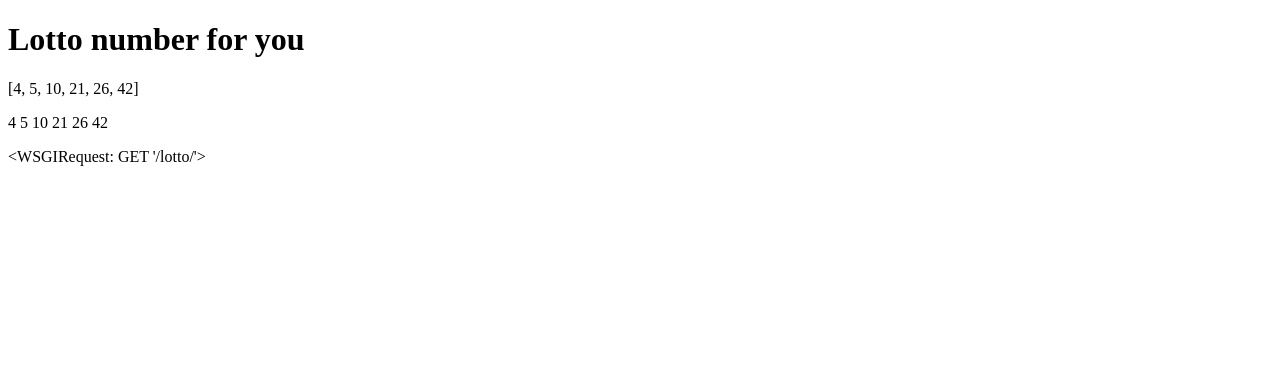
Repository: chloe-codes1/Django
Page: http://localhost/lotto/
The author's editor kept a record of every edit. The page is drawn from the files as they stood at one moment, then again after the next edit.
The browser window is 1280 px wide. The pictures show the whole page.
The page is served by the project's application, run on Django 2.2 (live/django_intro/manage.py). Other server files are loaded and not shown.

Above is the page before.

### live/django_intro/pages/views.py
from django.shortcuts import render

import random

# Create your views here.
def index(request):
    return render(request, 'index.html')

def hello(request):
    return render(request, 'hello.html')

def lotto(request):

    pick = sorted(random.sample(range(1,46),6))
    context = {'pick':pick,}
    # return render(request, 'lotto.html', context)
    return render(request, 'lotto.html', {'pick':pick})

def cube(request, num):
    return render(request, 'cube.html',{'result':num**3})

def about_me(request):
    return render(request, 'about_me.html')

def lunch(request):
    options = ['Waffle', 'Pizza', 'Fried chicken', 'Sushi', 'Fork chop', 'Grenola & Yogurt']
    menu = random.choice(options)
    context = {
        'menu': menu,
        'options': options
    }

    return render(request, 'lunch.html', context)

def hi(request, name):
    context = {
        'name': name
    }
    return render(request, 'hi.html',context)

def add(request, a, b):
    result = a+ b
    context = {
        'a': a,
        'b':b,
        'result': result
    }
    return render(request,'add.html', context)


def dinner(reqeust, menu, num):
    context = {
        'menu': menu,
        'num' : num,
    }
    return render(reqeust, 'dinner.html', context)

def posts(request, id):
    context = {
        'id':id
    }
    return render(request, 'post.html', id)

### live/django_intro/pages/templates/lotto.html
<!DOCTYPE html>
<html lang="en">
<head>
    <meta charset="UTF-8">
    <meta name="viewport" content="width=device-width, initial-scale=1.0">
    <meta http-equiv="X-UA-Compatible" content="ie=edge">
    <title>Lotto</title>
</head>
<body>
    <h1>Lotto number for you</h1>
    <p> {{pick}}</p>

    {% for number in pick %}
        {{number}}
    {% endfor %}

    <p>{{ request }}</p>
</body>
</html>

### live/django_intro/django_intro/urls.py
"""django_intro URL Configuration

The `urlpatterns` list routes URLs to views. For more information please see:
    https://docs.djangoproject.com/en/2.1/topics/http/urls/
Examples:
Function views
    1. Add an import:  from my_app import views
    2. Add a URL to urlpatterns:  path('', views.home, name='home')
Class-based views
    1. Add an import:  from other_app.views import Home
    2. Add a URL to urlpatterns:  path('', Home.as_view(), name='home')
Including another URLconf
    1. Import the include() function: from django.urls import include, path
    2. Add a URL to urlpatterns:  path('blog/', include('blog.urls'))
"""
from django.contrib import admin
from django.urls import path
from pages import views

urlpatterns = [
    path('admin/', admin.site.urls),
    path('index/', views.index),
    path('hello/', views.hello),
    path('lotto/', views.lotto),
    path('cube/<int:num>/', views.cube),
    path('about_me/',views.about_me),
    path('lunch/', views.lunch),
    #variable routing
    path('hi/<str:name>/', views.hi),
    path('add/<int:a>/<int:b>', views.add),
    path('dinner/<str:menu>/<int:num>/', views.dinner),
    path('posts/<int:id>/', views.posts),
]

After the next edit:
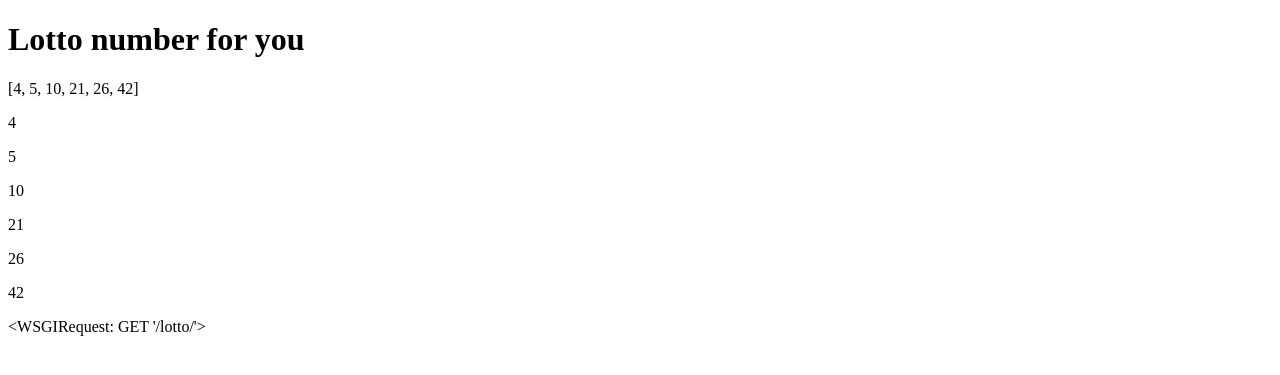
The edit:
--- a/live/django_intro/pages/templates/lotto.html
+++ b/live/django_intro/pages/templates/lotto.html
@@ -11,7 +11,7 @@
     <p> {{pick}}</p>
 
     {% for number in pick %}
-        {{number}}
+       <p>{{number}}</p>
     {% endfor %}
 
     <p>{{ request }}</p>
